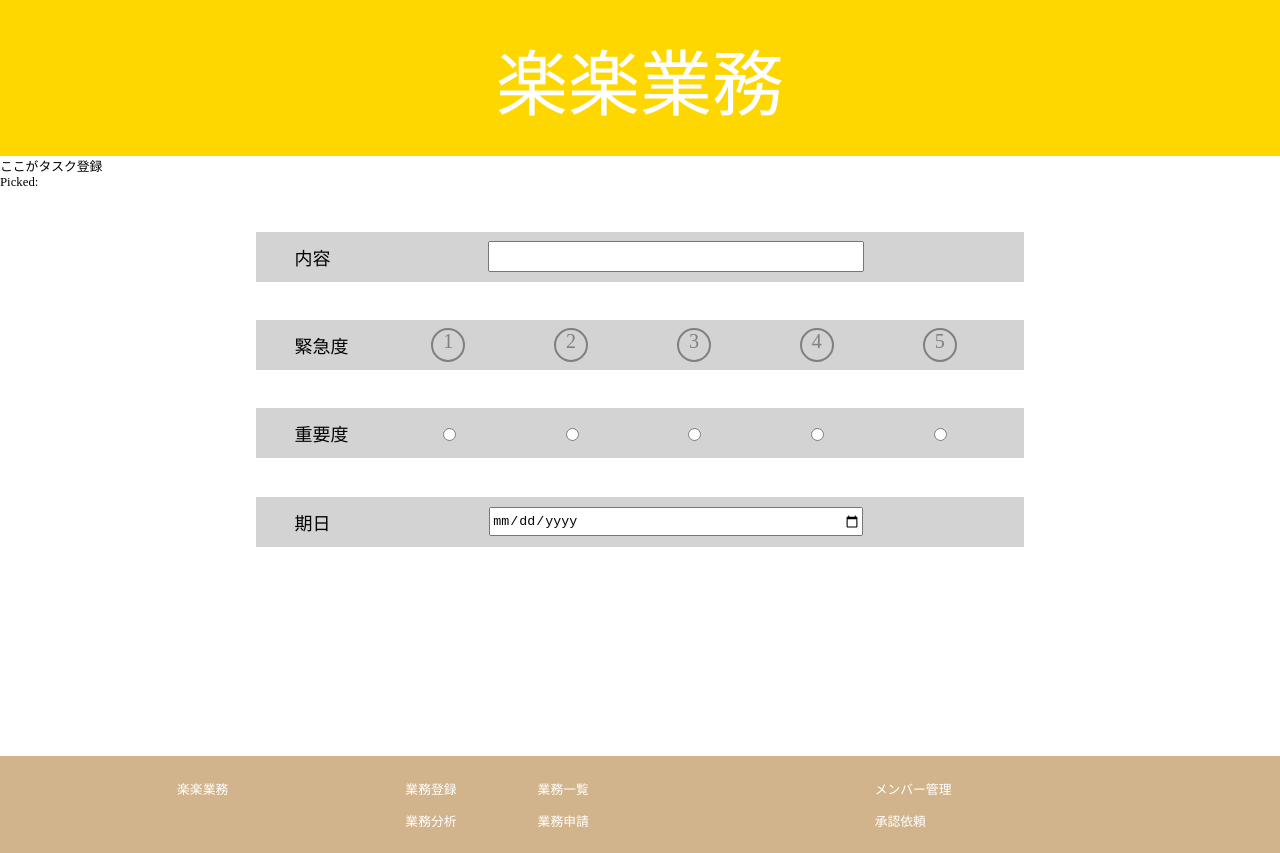
Repository: Reiya-1003/VueReplaceTask
Page: /#/register
The author's editor kept a copy of each file at every save. The page is drawn from the files as they stood at one save, then again after the next save.
The browser window is 1280 px wide. The pictures show the whole page.
The project was rebuilt for these pictures with package versions that can differ from the ones it lists, and the page was loaded fresh each time. Also part of the build but not shown: vue.config.js, src/components/pages/PageHome.vue.

Above is the page before, as saved 2022-06-16 16:53:46.

After the next save:
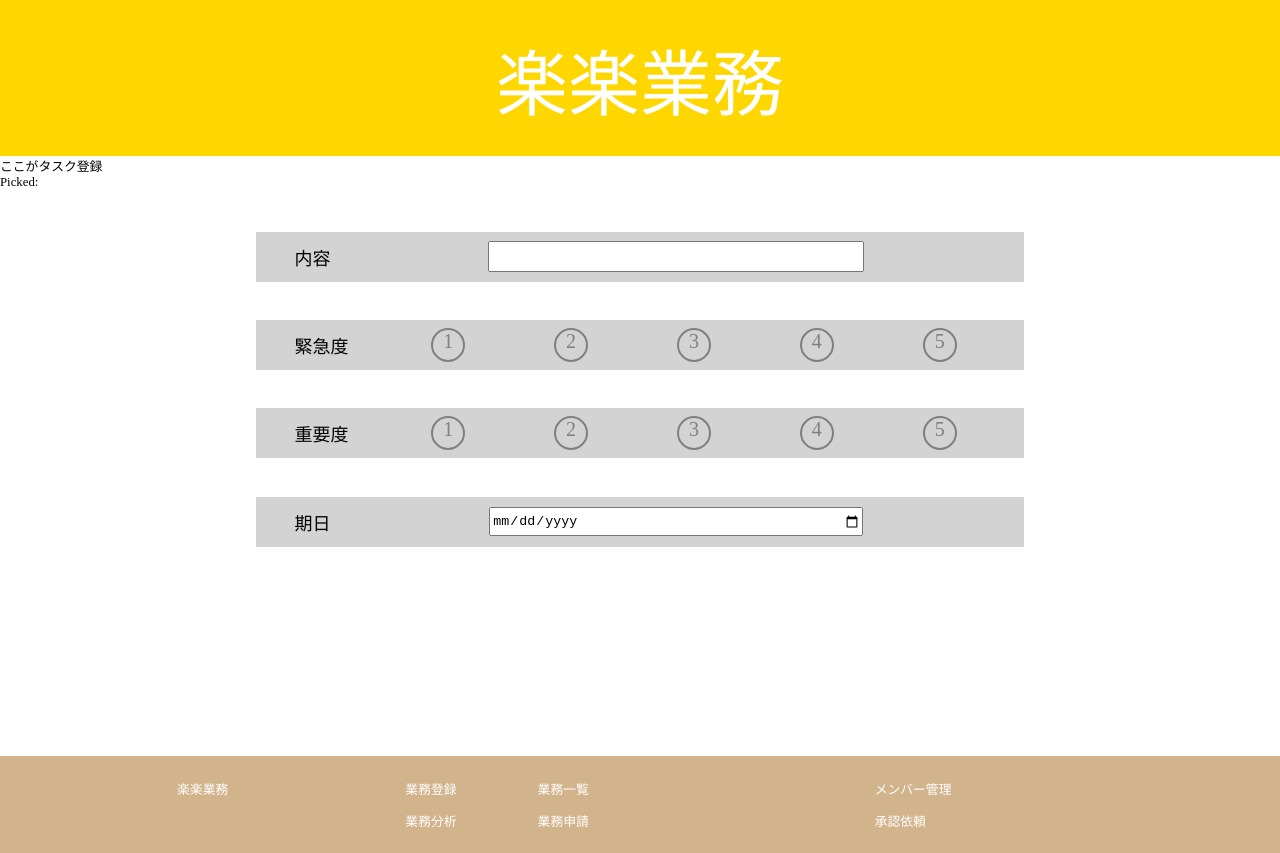
Saved 46 s later.
--- a/src/components/pages/PageRegister.vue
+++ b/src/components/pages/PageRegister.vue
@@ -30,11 +30,25 @@
         </span>
       </div>
       <div class="listitem">
-        <span class="itemtitle">重要度</span
-        ><span class="item"
-          ><input type="radio" /><input type="radio" /><input
-            type="radio" /><input type="radio" /><input type="radio"
-        /></span>
+        <span class="itemtitle">重要度</span>
+        <span class="item">
+          <input type="radio" id="one" value="one" name="Urgency" class="radioinput" v-model="picked"/><label
+            for="one"
+            >1</label>
+          <input type="radio" id="two" value="two" name="Urgency" class="radioinput" v-model="picked"/><label
+            for="two"
+            >2</label>
+            <input type="radio" id="three" value="three" name="Urgency" class="radioinput" v-model="picked"/><label
+            for="three"
+            >3</label>
+            <input type="radio" id="four" value="four" name="Urgency" class="radioinput" v-model="picked"/><label
+            for="four"
+            >4</label>
+            <input type="radio" id="five" value="five" name="Urgency" class="radioinput" v-model="picked"/><label
+            for="five"
+            >5</label>
+
+        </span>
       </div>
       <div class="listitem">
         <span class="itemtitle">期日</span
